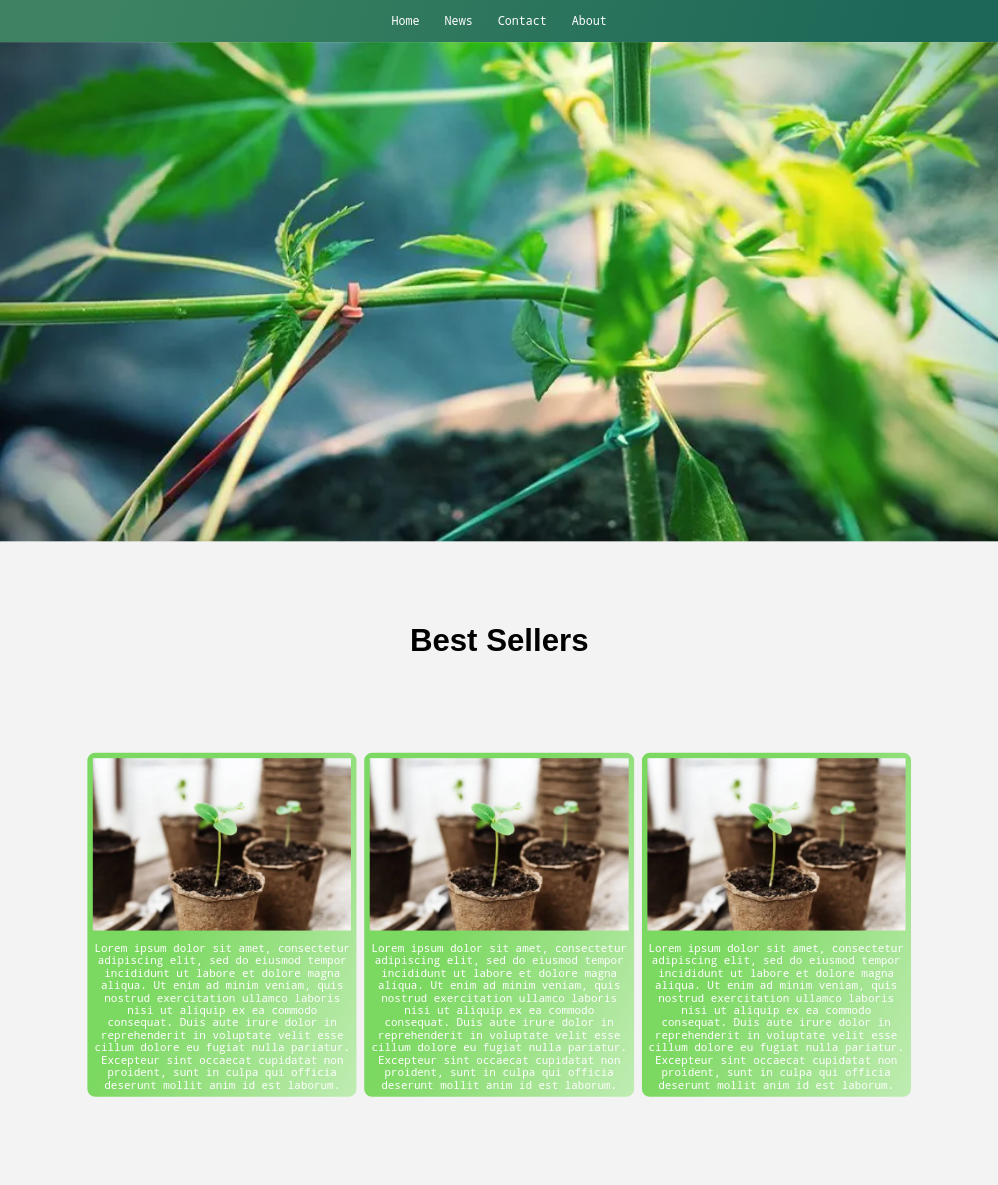
Repository: Flexo874/ISITECH-HTML-CSS
Page: index.html
The author's editor kept a copy of each file at every save. The page is drawn from the files as they stood at one save, then again after the next save.
The browser window is 1280 px wide. The pictures show the whole page, at 78% of full size.

Above is the page before, as saved 2024-01-02 16:08:32.

After the next save:
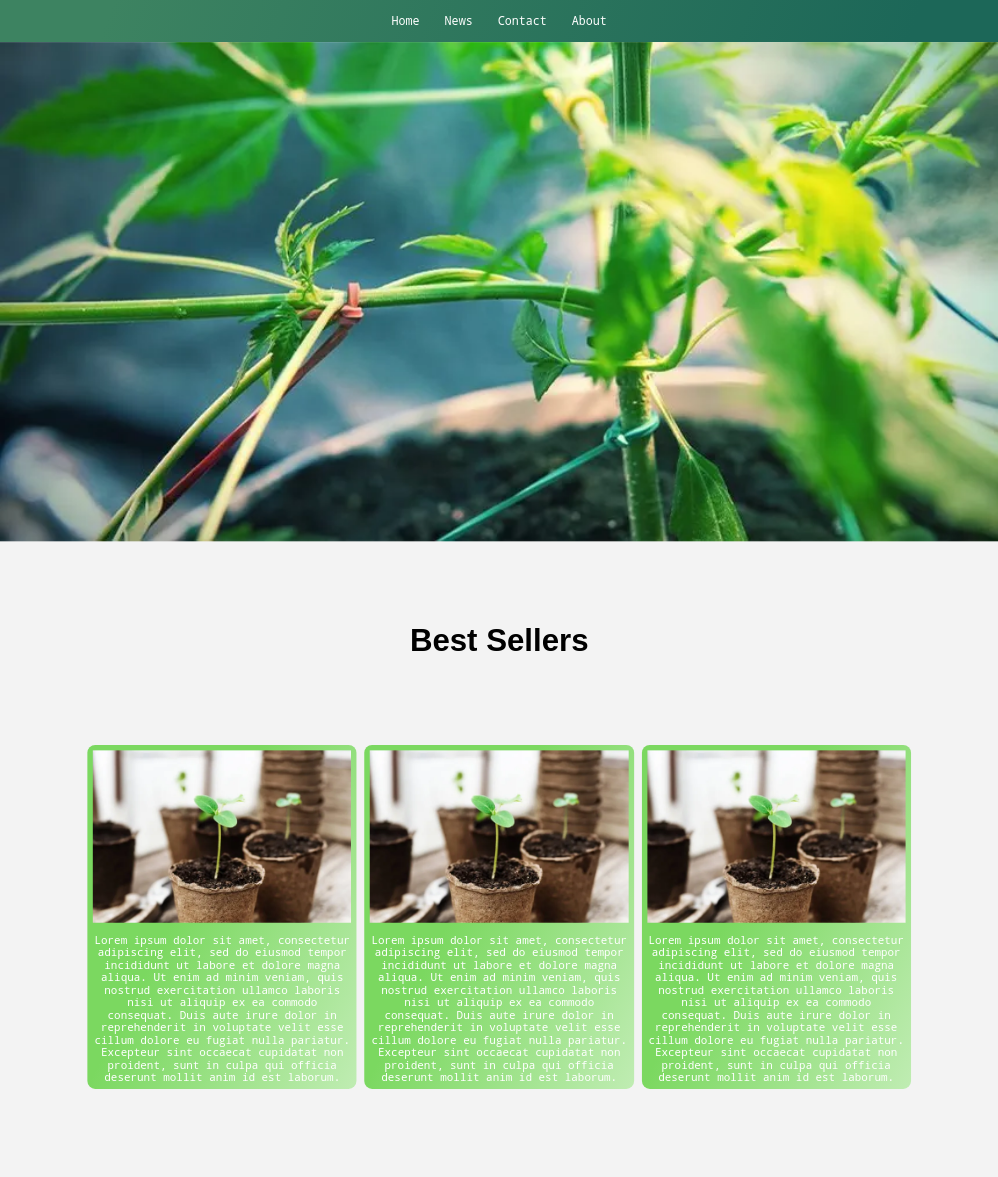
Saved 5 s later.
--- a/style.css
+++ b/style.css
@@ -50,7 +50,7 @@
 
 h1 {
     padding: 40px;
-    padding-bottom: 10px;
+    padding-bottom: 0;
     margin-bottom: 0;
     margin-top:60px;
     text-align: center;
